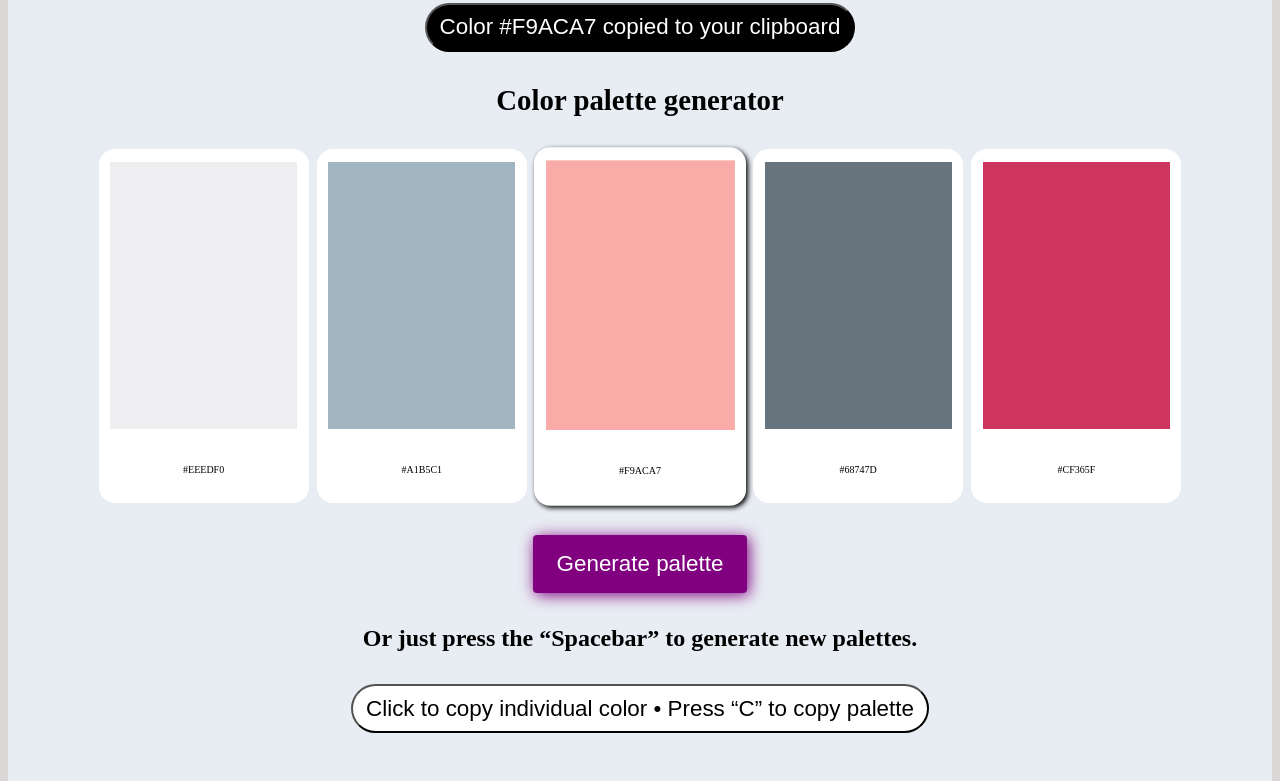
Repository: Hcmwebs/Color-Palette-Generator
Page: index.html
The author's editor kept a copy of each file at every save. The page is drawn from the files as they stood at one save, then again after the next save.
The browser window is 1280 px wide. The pictures show the whole page.

Above is the page before, as saved 2020-07-07 11:05:21.

### index.html
<!DOCTYPE html>
<html lang="en">
<head>
    <meta charset="UTF-8">
    <meta name="viewport" content="width=device-width, initial-scale=1.0">
    <link rel="stylesheet" href="styles.css">
    <title>Color Pallete Generator</title>
</head>
<body>
    <div class="container">

        <button class="btn">Color #F9ACA7 copied to your clipboard</button>
        <h2>Color palette generator</h2>
        <div class="card">
            <div class="card__item">
                <div class="card__color card__color--lightPurpleish"></div>
                <div class="card__tag">#EEEDF0</div>
            </div>

            <div class="card__item">
                <div class="card__color card__color--lightBlueGreenish"></div>
                <div class="card__tag">#A1B5C1</div>
            </div>

            <div class="card__item card__item--active">
                <div class="card__color card__color--lightReddish"></div>
                <div class="card__tag">#F9ACA7</div>
            </div>

            <div class="card__item">
                <div class="card__color card__color--lightBluish"></div>
                <div class="card__tag">#68747D</div>
            </div>

            <div class="card__item">
                <div class="card__color card__color--reddish"></div>
                <div class="card__tag">#CF365F</div>
            </div>

        </div>
        <button class="btn btn--generate">Generate palette</button>
        <h3>Or just press the “Spacebar” to generate new palettes.</h3>
        <button class="btn btn--white">Click to copy individual color • Press “C” to copy palette</button>
    </div>
</body>
</html>

### styles.css
*¨{
    box-sizing: border-box;
    margin: 0;
    padding: 0;
}

body{
    font-weight: 300;
    font-size: 10px;
    display: flex;
    flex-direction: column;
    justify-content: center;
    align-items: center;
    height: 100vh;
    background-color:rgba(124, 107, 107, 0.274);
}
h2,
h3{
    font-weight: light;
    margin: 2rem ;
}
h2{
    font-size: 1.8rem;
}

h3{
    font-size: 1.5rem;
}
.container{
    width: 1400px;
    max-width: 100%;
    height: auto;
    margin: auto;
    padding: 3rem 0;
    display: flex;
    flex-direction: column;
    justify-content: space-around;
    align-items: center;
    background-color:#E8ECF3;
}

.btn{
    background-color:#000;
    color:#fff;
    font-size: 1.4rem;
    border-radius: 2.5rem;
    padding: 0.6rem 0.8rem;
    cursor: pointer;
    transition: all 1s ease-in-out;
}
.btn:hover{
    transform: scale(1.01);
}
.card{
    display: grid;
    grid-template-columns: repeat(5, 1fr);
    gap: 0.5rem;
    justify-content: center;

}
.card__item{
    width: 207px;
    height: 329px;
    padding: 0.8rem 0.1rem;
    border-radius:1rem;
    display: flex;
    flex-direction: column;
    justify-content: space-between;
    align-items: center;
    background-color:#fff;
}
.card__item--active{
    box-shadow: 2px 2px 5px ;
    transform: scale(1.01);
}

.card__color{
    content:"";
    width: 187px ;
    height: 251px;
    padding-bottom: 1rem ;

}
.card__color--lightPurpleish{
    background-color: #EEEDF0;

}

.card__color--lightBlueGreenish{
    background-color: #A1B5C1;

}

.card__color--lightReddish{
    background-color: #F9ACA7;

}

.card__color--lightBluish{
    background-color: #68747D;

}


.card__color--reddish{
    background-color: #CF365F;

}
.card__tag{
    margin-bottom:1rem;
}

.btn--generate{
    background-color:purple;
    color:#fff;
    border-radius:4px;
    border: none;
    margin-top: 2rem;
    padding: 1rem 1.5rem;
    cursor: pointer;
    box-shadow: 2px 2px 15px purple;
}
.btn--white{
    background-color: #fff;
    color:#000;
}


@media (max-width:600px){
    .container{
        width: 100%;
        height: auto;

    }
    .card{
        width: 100%;
        grid-template-columns: 1fr;
        justify-items: center;
    }

}
@media(max-width:900px){
    .card{
        grid-template-columns: repeat(2, 1fr);
        margin: auto;
    }
}

After the next save:
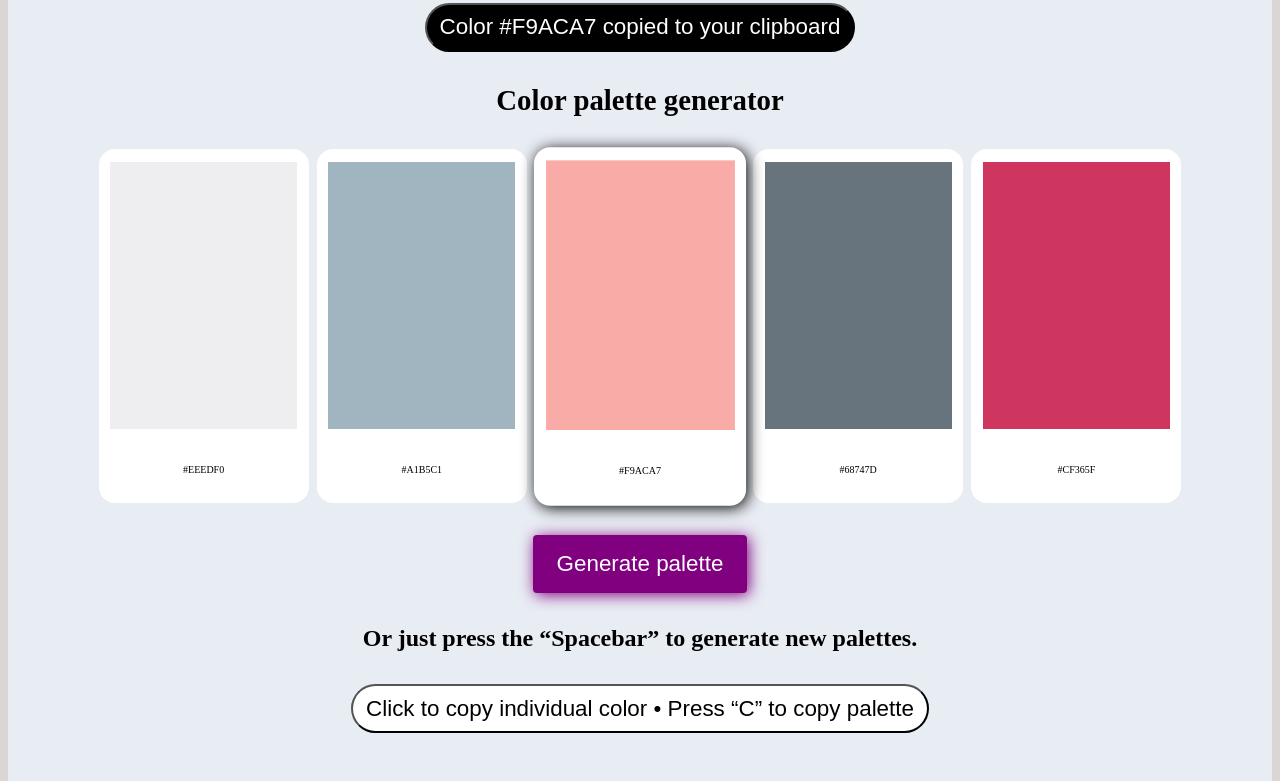
Saved 29 s later.
--- a/styles.css
+++ b/styles.css
@@ -70,7 +70,7 @@ h3{
     background-color:#fff;
 }
 .card__item--active{
-    box-shadow: 2px 2px 5px ;
+    box-shadow: 2px 2px 15px ;
     transform: scale(1.01);
 }
 
